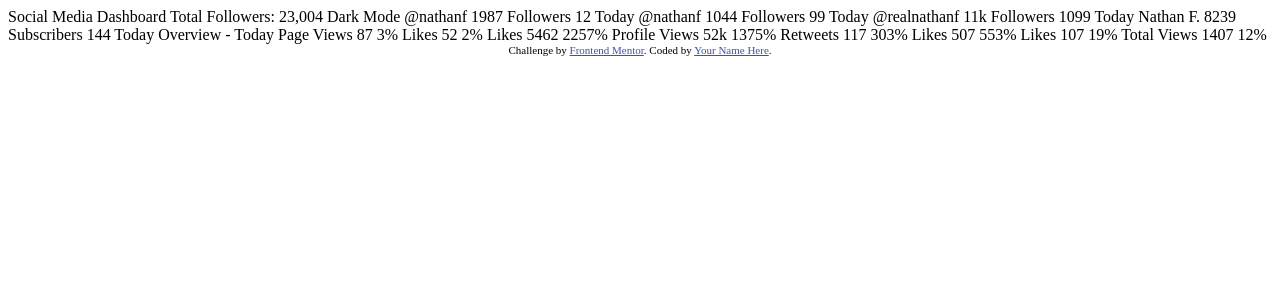
Repository: mamulini/social-media-dashboard-with-theme-switcher-master
Page: index.html
An editor plug-in stored every save of this project. The page is shown before and after the next save, followed by the edit.
The browser window is 1280 px wide. The pictures show the whole page.

Above is the page before, as saved 2020-04-05 22:59:00.

### index.html
<!DOCTYPE html>
<html lang="en">
<head>
  <meta charset="UTF-8">
  <meta name="viewport" content="width=device-width, initial-scale=1.0"> <!-- displays site properly based on user's device -->

  <link rel="icon" type="image/png" sizes="32x32" href="./images/favicon-32x32.png">

  <title>Frontend Mentor | [Challenge Name Here]</title>

  <!-- Feel free to remove these styles or customise in your own stylesheet 👍 -->
  <style>
    .attribution { font-size: 11px; text-align: center; }
    .attribution a { color: hsl(228, 45%, 44%); }
  </style>
</head>
<body>

  Social Media Dashboard
  Total Followers: 23,004

  Dark Mode



  @nathanf
  1987
  Followers
  12 Today

  @nathanf
  1044
  Followers
  99 Today

  @realnathanf
  11k
  Followers
  1099 Today

  Nathan F.
  8239
  Subscribers
  144 Today



  Overview - Today

  Page Views
  87
  3%

  Likes
  52
  2%

  Likes
  5462
  2257%

  Profile Views
  52k
  1375%

  Retweets
  117
  303%

  Likes
  507
  553%

  Likes
  107
  19%

  Total Views
  1407
  12%

  <div class="attribution">
    Challenge by <a href="https://www.frontendmentor.io?ref=challenge" target="_blank">Frontend Mentor</a>.
    Coded by <a href="#">Your Name Here</a>.
  </div>
</body>
</html>

### css/style.css
.container{
    max-width: 1110px;
}

After the next save:
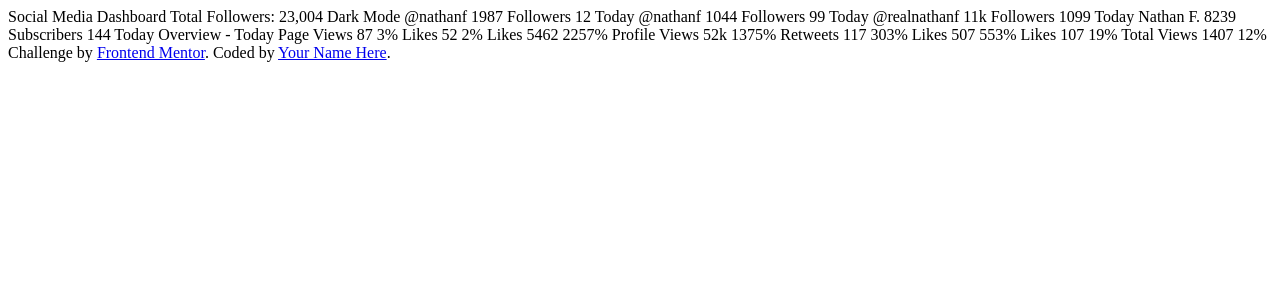
Saved 4 min 6 s later.
--- a/index.html
+++ b/index.html
@@ -5,13 +5,13 @@
   <meta name="viewport" content="width=device-width, initial-scale=1.0"> <!-- displays site properly based on user's device -->
 
   <link rel="icon" type="image/png" sizes="32x32" href="./images/favicon-32x32.png">
+  <link rel="stylesheet" href="./css/style.css">
 
   <title>Frontend Mentor | [Challenge Name Here]</title>
 
   <!-- Feel free to remove these styles or customise in your own stylesheet 👍 -->
   <style>
-    .attribution { font-size: 11px; text-align: center; }
-    .attribution a { color: hsl(228, 45%, 44%); }
+
   </style>
 </head>
 <body>

After the save that followed:
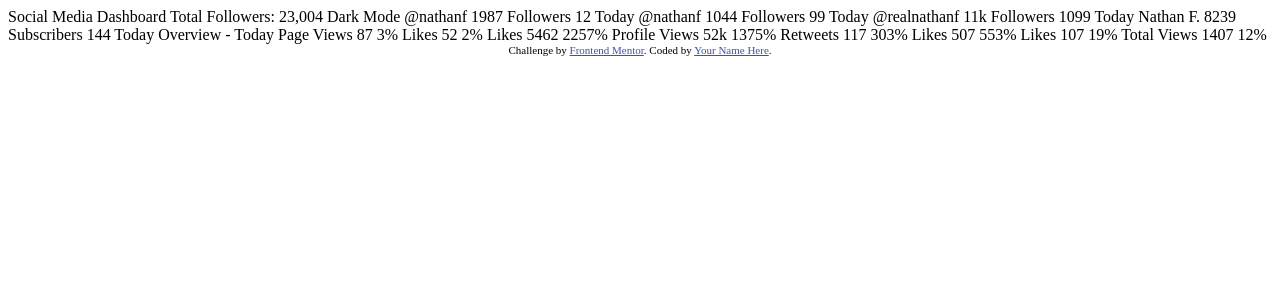
Saved 2 min 7 s later.
--- a/index.html
+++ b/index.html
@@ -2,19 +2,15 @@
 <html lang="en">
 <head>
   <meta charset="UTF-8">
-  <meta name="viewport" content="width=device-width, initial-scale=1.0"> <!-- displays site properly based on user's device -->
-
+  <meta name="viewport" content="width=device-width, initial-scale=1.0">
   <link rel="icon" type="image/png" sizes="32x32" href="./images/favicon-32x32.png">
   <link rel="stylesheet" href="./css/style.css">
-
   <title>Frontend Mentor | [Challenge Name Here]</title>
-
-  <!-- Feel free to remove these styles or customise in your own stylesheet 👍 -->
-  <style>
-
-  </style>
 </head>
 <body>
+  <main class="dashboard container">
+
+  </main>
 
   Social Media Dashboard
   Total Followers: 23,004
--- a/css/style.css
+++ b/css/style.css
@@ -1,3 +1,11 @@
 .container{
     max-width: 1110px;
 }
+
+
+
+
+
+
+.attribution { font-size: 11px; text-align: center; }
+.attribution a { color: hsl(228, 45%, 44%); }
